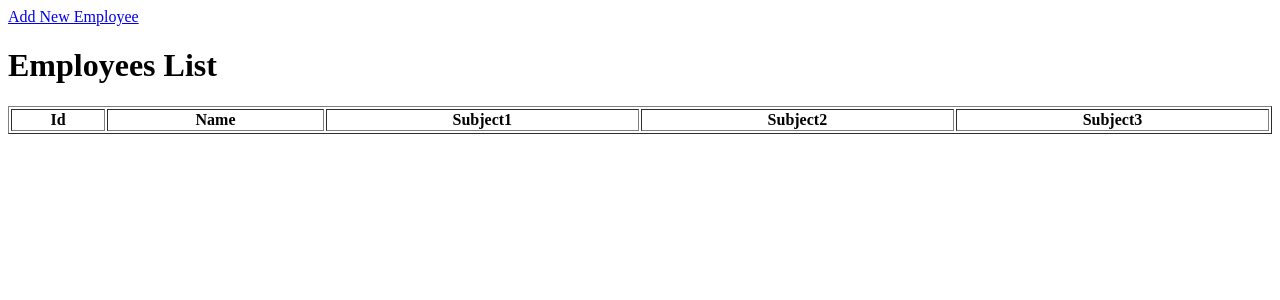
Repository: nikhil-jon12/lecture
Page: http://localhost/Assignment/ViewServlet
An editor plug-in stored every save of this project. The page is shown before and after the next save, followed by the edit.
The browser window is 1280 px wide. The pictures show the whole page.
The page is served by Tomcat 9. Other server files are loaded and not shown. Queries for data that is not in the repository find no rows.

Above is the page before, as saved 2019-11-18 14:31:27.

### Assignment/src/ViewServlet.java


import java.io.IOException;
import java.io.PrintWriter;
import java.util.List;

import javax.servlet.ServletException;
import javax.servlet.http.HttpServlet;
import javax.servlet.http.HttpServletRequest;
import javax.servlet.http.HttpServletResponse;

/**
 * Servlet implementation class ViewServlet
 */
public class ViewServlet extends HttpServlet {
	private static final long serialVersionUID = 1L;

    /**
     * @see HttpServlet#HttpServlet()
     */
    public ViewServlet() {
        super();
        // TODO Auto-generated constructor stub
    }

	/**
	 * @see HttpServlet#doGet(HttpServletRequest request, HttpServletResponse response)
	 */
	protected void doGet(HttpServletRequest request, HttpServletResponse response) throws ServletException, IOException {
		// TODO Auto-generated method stub
		//response.getWriter().append("Served at: ").append(request.getContextPath());

		response.setContentType("text/html");
        PrintWriter out=response.getWriter();
        out.println("<a href='index.html'>Add New Employee</a>");
        out.println("<h1>Employees List</h1>");

        List<Student> list=StudentDao.getAllStudents();

        out.print("<table border='1' width='100%'");
        out.print("<tr><th>Id</th><th>Name</th><th>Subject1</th><th>Subject2</th><th>Subject3</th></tr>");
        for(Student s:list){
         out.print("<tr><td>"+s.getPRN()+"</td><td>"+s.getName()+"</td><td>"+s.getS1()+"</td> <td>"+s.getS2()+"</td><td>"+s.getS3()+"</td></tr>");
        }
        out.print("</table>");

        out.close();


	}

	/**
	 * @see HttpServlet#doPost(HttpServletRequest request, HttpServletResponse response)
	 */
	protected void doPost(HttpServletRequest request, HttpServletResponse response) throws ServletException, IOException {
		// TODO Auto-generated method stub
		doGet(request, response);
	}

}

### Assignment/src/StudentDao.java
import java.sql.Connection;
import java.sql.DriverManager;
import java.sql.PreparedStatement;
import java.sql.ResultSet;
import java.util.ArrayList;
import java.util.List;

public class StudentDao {

	 public static Connection getConnection()
	 {
		 Connection con=null;
		 try
		 {
			 Class.forName("com.mysql.jdbc.Driver");
			 con=DriverManager.getConnection("jdbc.mysql://192.168.100.26:3306/group003","root"," "	);
		}
		 catch(Exception e)
		 {
			 System.out.println(e);
		 }

		 return con;
	 }


	 public static int getStudentbyPRN(int prn)
	 {
		 Student s=new Student();

		 try
		 {
			 Connection con=StudentDao.getConnection();
	            PreparedStatement ps=con.prepareStatement("select * from Student_PRN where PRN=?");
	            ps.setInt(1,prn);
	            ResultSet rs=ps.executeQuery();
	            if(rs.next()){
	                s.setPRN(rs.getInt(1));
	                s.setName(rs.getString(2));
	                s.setS1(rs.getDouble(3));
	                s.setS2(rs.getDouble(4));
	                s.setS3(rs.getDouble(5));
	            }
	            con.close();
		 }catch(Exception ex){ex.printStackTrace();}

	        return prn;
	 }

	 public static List<Student> getAllStudents(){
	        List<Student> list=new ArrayList<Student>();

	        try{
	            Connection con=StudentDao.getConnection();
	            PreparedStatement ps=con.prepareStatement("select * from Student_PRN");
	            ResultSet rs=ps.executeQuery();
	            while(rs.next()){
	                Student s=new Student();
	                s.setPRN(rs.getInt(1));
	                s.setName(rs.getString(2));
	                s.setS1(rs.getDouble(3));
	                s.setS2(rs.getDouble(4));
	                s.setS3(rs.getDouble(5));
	                list.add(s);
	            }
	            con.close();
	        }catch(Exception e){e.printStackTrace();}

	        return list;
	    }
}

After the next save:
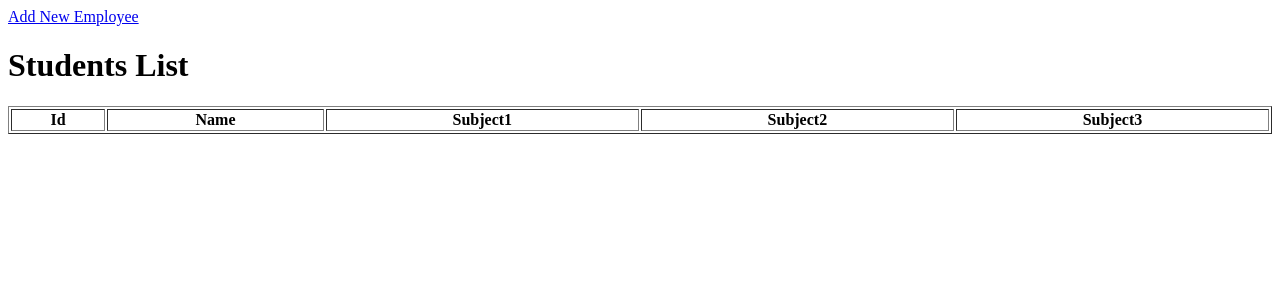
Saved 5 min 55 s later.
--- a/Assignment/src/ViewServlet.java
+++ b/Assignment/src/ViewServlet.java
@@ -33,7 +33,7 @@ public class ViewServlet extends HttpServlet {
 		response.setContentType("text/html");
         PrintWriter out=response.getWriter();
         out.println("<a href='index.html'>Add New Employee</a>");
-        out.println("<h1>Employees List</h1>");
+        out.println("<h1>Students List</h1>");
 
         List<Student> list=StudentDao.getAllStudents();
 
